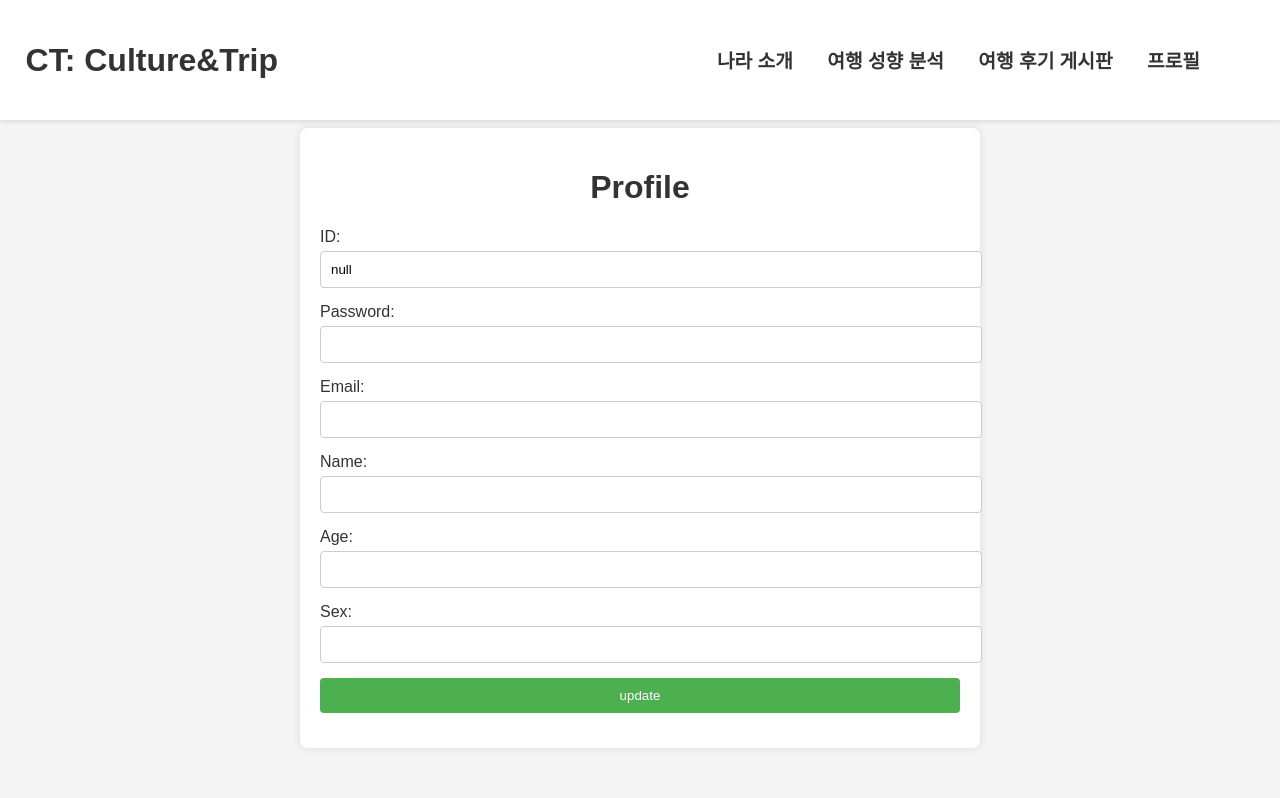
Repository: LifeIsRightward/WebServer
Page: http://localhost/JSPBook/Project/View/profile.jsp
These files come from the project's save history. The page is drawn as it stood at one moment and after the next save; the edit follows.
The browser window is 1280 px wide. The pictures show the whole page.
The page is served by Tomcat 9.

Above is the page before, as saved 2024-06-09 19:05:25.

After the next save:
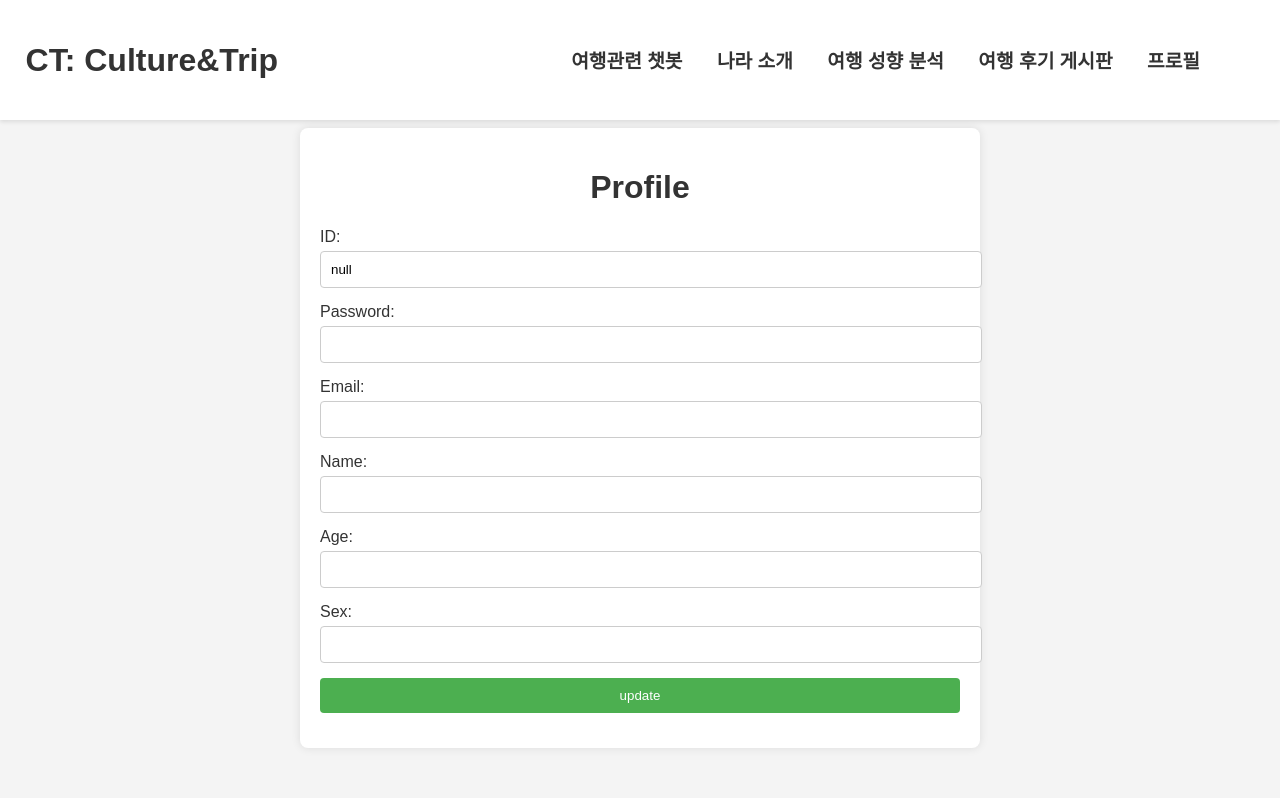
Saved 20 min 55 s later.
--- a/JSPBook/src/main/webapp/Project/View/profile.jsp
+++ b/JSPBook/src/main/webapp/Project/View/profile.jsp
@@ -36,6 +36,7 @@
         <h1><a href="index.jsp?id=<%=uid%>">CT: Culture&Trip</a></h1>
         <nav>
             <ul>
+            	<li><a href="Chatbot.jsp?id=<%=uid%>">여행관련 챗봇</a></li>
                 <li><a href="NationalInfo/nationalinfo.jsp?id=<%=uid%>">나라 소개</a></li>
                 <li><a href="https://stti.tripbuilder.co.kr/">여행 성향 분석</a></li>
                 <li><a href="tripcommunity.jsp?id=<%=uid%>">여행 후기 게시판</a></li>
